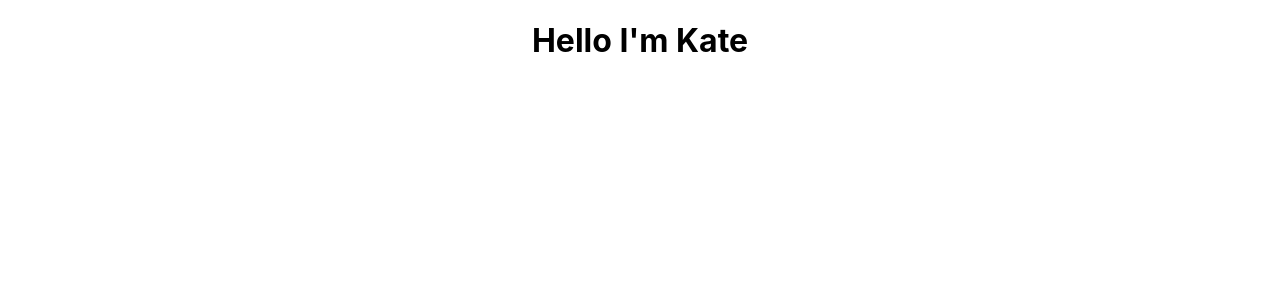
Repository: kate30980/task-tracker-reactjs
Page: /
The author's editor kept a copy of each file at every save. The page is drawn from the files as they stood at one save, then again after the next save.
The browser window is 1280 px wide. The pictures show the whole page.
The project was rebuilt for these pictures with package versions that can differ from the ones it lists, and the page was loaded fresh each time.

Above is the page before, as saved 2021-09-19 11:53:54.

### public/index.html
<!DOCTYPE html>
<html lang="en">

<head>
  <meta charset="utf-8" />
  <link rel="icon" href="%PUBLIC_URL%/favicon.ico" />
  <meta name="viewport" content="width=device-width, initial-scale=1" />
  <meta name="theme-color" content="#000000" />
  <meta name="description" content="Web site created using create-react-app" />
  <link rel="apple-touch-icon" href="%PUBLIC_URL%/logo192.png" />
  <!--
      manifest.json provides metadata used when your web app is installed on a
      user's mobile device or desktop. See https://developers.google.com/web/fundamentals/web-app-manifest/
    -->
  <link rel="manifest" href="%PUBLIC_URL%/manifest.json" />
  <!--
      Notice the use of %PUBLIC_URL% in the tags above.
      It will be replaced with the URL of the `public` folder during the build.
      Only files inside the `public` folder can be referenced from the HTML.

      Unlike "/favicon.ico" or "favicon.ico", "%PUBLIC_URL%/favicon.ico" will
      work correctly both with client-side routing and a non-root public URL.
      Learn how to configure a non-root public URL by running `npm run build`.
    -->
  <title>Task Tracker</title>
</head>

<body>
  <noscript>You need to enable JavaScript to run this app.</noscript>
  <div id="root"></div>
  <!--
      This HTML file is a template.
      If you open it directly in the browser, you will see an empty page.

      You can add webfonts, meta tags, or analytics to this file.
      The build step will place the bundled scripts into the <body> tag.

      To begin the development, run `npm start` or `yarn start`.
      To create a production bundle, use `npm run build` or `yarn build`.
    -->
</body>

</html>

### src/App.js
import logo from "./logo.svg";
import "./App.css";

function App() {
  return (
    <div className="App">
      <h1>Hello I'm Kate</h1>
    </div>
  );
}

export default App;

Loaded but not shown: src/index.js (common file); src/index.css (common file); src/reportWebVitals.js (common file); src/App.css (common file)

After the next save:
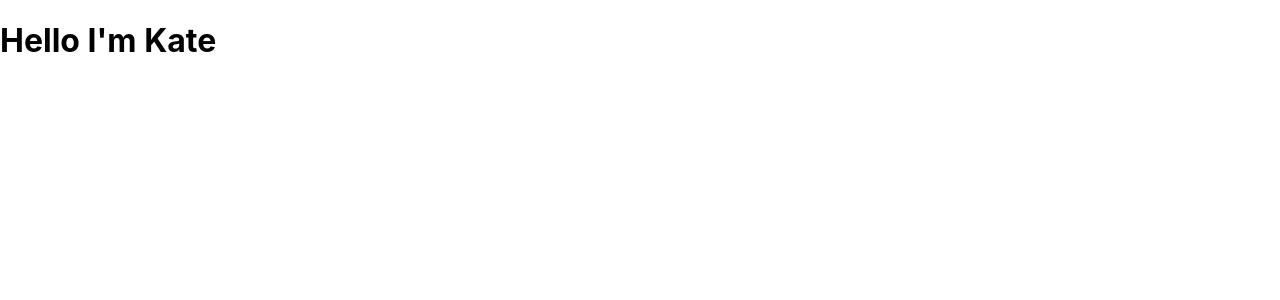
Saved 24 s later.
--- a/src/App.js
+++ b/src/App.js
@@ -1,6 +1,3 @@
-import logo from "./logo.svg";
-import "./App.css";
-
 function App() {
   return (
     <div className="App">
